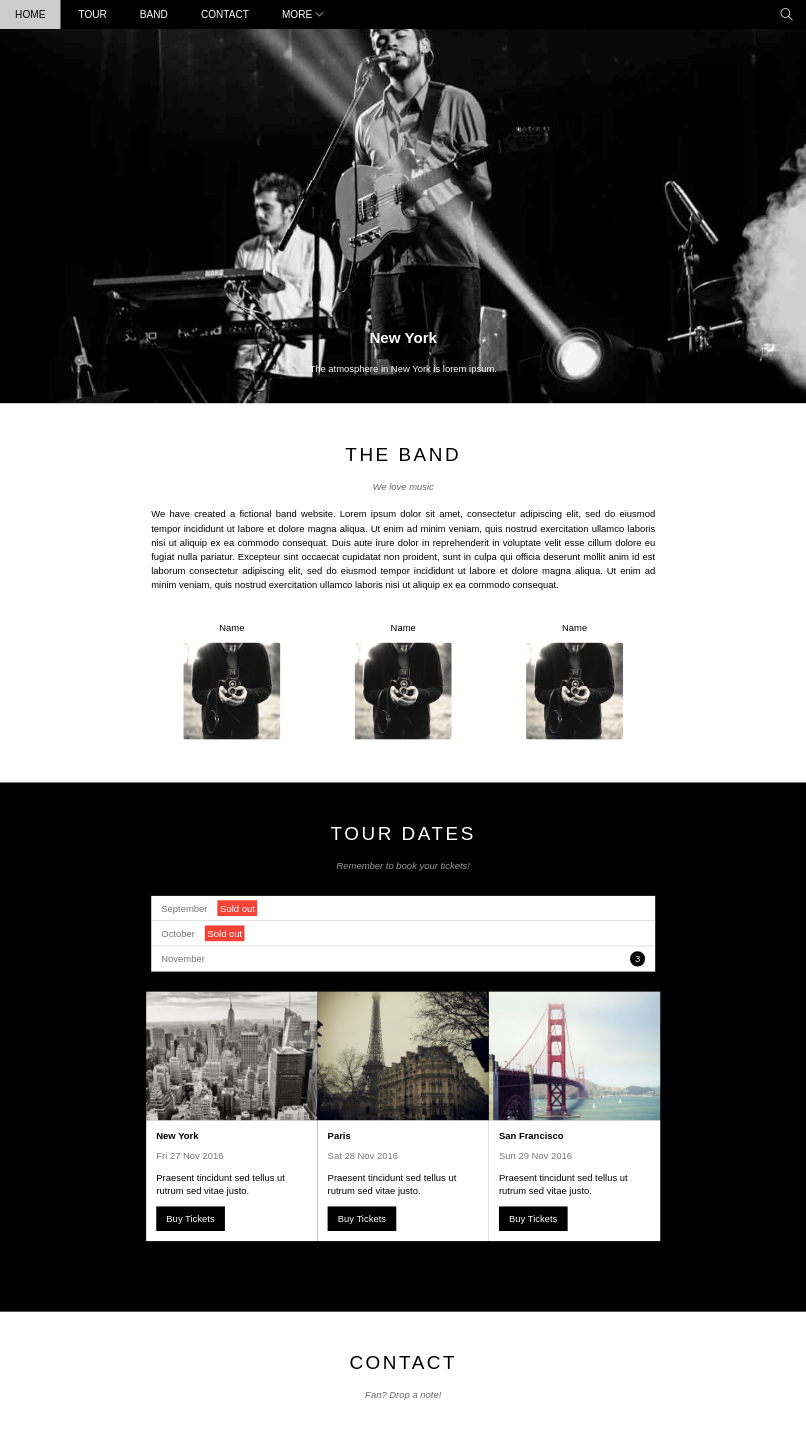
Repository: maivannhan1998/git-w3band
Page: index.html
These files come from the project's save history. The page is drawn as it stood at one moment and after the next save; the edit follows.
The browser window is 1280 px wide. The pictures show the whole page, at 63% of full size.

Above is the page before, as saved 2021-09-05 19:40:18.

### index.html
<!DOCTYPE html>
<html lang="en">
<head>
    <meta charset="UTF-8">
    <meta http-equiv="X-UA-Compatible" content="IE=edge">
    <meta name="viewport" content="width=device-width, initial-scale=1.0">
    <title>Document</title>
    <link rel="stylesheet" href="./asset/css/style.css">
    <link rel="stylesheet" href="./asset/fontss/themify-icons/themify-icons.css">
</head>
<body>
    <div id="main">
        <div id="header">
            <!-- Begin: nav -->
            <ul id="nav">
                <li><a href="">Home</a></li>
                <li><a href="">Tour</a></li>
                <li><a href="">Band</a></li>
                <li><a href="">Contact</a></li>
                <li><a href="">
                    More
                    <i class="nav-arrow-down ti-angle-down"></i>
                </a>
                    <ul class="subnav">
                        <li><a href="">Merchandise</a></li>
                        <li><a href="">Extras</a></li>
                        <li><a href="">Media</a></li>
                    </ul>
                </li>
            </ul>
            <!-- End: nav -->

            <!-- Begin: Search button -->
            <div class="search-btn">
                <i class="search-icon ti-search"></i>
            </div>
            <!-- End: Search button -->


        </div>

        <div id="slider">
            <div class="text-content">
                <h2 class="text-heading">New York</h2>
                <div class="text-des">The atmosphere in New York is lorem ipsum.</div>
            </div>
        </div>

        <div id="content">
            <!-- About section -->
            <div class="content-section">
                <h2 class="heading-section">THE BAND</h2>
                <p class="heading-sub-section">We love music</p>
                <p class="about-text">We have created a fictional band website. Lorem ipsum dolor sit amet, consectetur adipiscing elit, sed do eiusmod tempor incididunt ut labore et dolore magna aliqua. Ut enim ad minim veniam, quis nostrud exercitation ullamco laboris nisi ut aliquip ex ea commodo consequat. Duis aute irure dolor in reprehenderit in voluptate velit esse cillum dolore eu fugiat nulla pariatur. Excepteur sint occaecat cupidatat non proident, sunt in culpa qui officia deserunt mollit anim id est laborum consectetur adipiscing elit, sed do eiusmod tempor incididunt ut labore et dolore magna aliqua. Ut enim ad minim veniam, quis nostrud exercitation ullamco laboris nisi ut aliquip ex ea commodo consequat.</p>
                <div class="row members-list">
                    <div class="col col-third text-center">
                         <p class="member-name">Name</p>
                         <img src="/asset/img/band/member1.jpg" alt="Name" class="member-img">
                    </div>
                    <div class="col col-third text-center">
                        <p class="member-name">Name</p>
                        <img src="/asset/img/band/member1.jpg" alt="Name" class="member-img">
                   </div>
                   <div class="col col-third text-center">
                        <p class="member-name">Name</p>
                        <img src="/asset/img/band/member1.jpg" alt="Name" class="member-img">
                    </div>

                    <div class="clear"></div>
                </div>
            </div>

            <!--Tour section  -->
            <div class="tour-section">

                <div class="content-section">
                    <h2 class="heading-section text-white">TOUR DATES</h2>
                    <p class="heading-sub-section text-white">Remember to book your tickets!</p>
                    <ul class="tickets-list">
                        <li>September<span class="sold-out">Sold out</span></li>
                        <li>October<span class="sold-out">Sold out</span></li>
                        <li>November<span class="quanity">3</span></li>
                    </ul>

                    <!-- Plcae section -->
                    <div class="row places-list">
                        <div class="place-item">
                            <img src="/asset/img/places/newyork.jpg" alt="New York" class="place-img">
                            <div class="place-content">
                                <h3 class="place-heading">New York</h3>
                                <p class="place-time">Fri 27 Nov 2016</p>
                                <p class="place-des">Praesent tincidunt sed tellus ut rutrum sed vitae justo.</p>
                                <a href="#" class="place-buy-btn">Buy Tickets</a>
                            </div>
                        </div>

                        <div class=" place-item">
                            <img src="/asset/img/places/paris.jpg" alt="Paris" class="place-img">
                            <div class="place-content">
                                <h3 class="place-heading">Paris</h3>
                                <p class="place-time">Sat 28 Nov 2016</p>
                                <p class="place-des">Praesent tincidunt sed tellus ut rutrum sed vitae justo.</p>
                                <a href="#" class="place-buy-btn">Buy Tickets</a>
                            </div>
                        </div>

                        <div class=" place-item">
                            <img src="/asset/img/places/sanfran.jpg" alt="San Francisco" class="place-img">
                            <div class="place-content">
                                <h3 class="place-heading">San Francisco</h3>
                                <p class="place-time">Sun 29 Nov 2016</p>
                                <p class="place-des">Praesent tincidunt sed tellus ut rutrum sed vitae justo.</p>
                                <a href="#" class="place-buy-btn">Buy Tickets</a>
                            </div>
                        </div>
                        <div class="clear"></div>

                    </div>
                </div>


            </div>

            <!-- Contact section -->

            <div class="content-section">
                <h2 class="heading-section">CONTACT</h2>
                <p class="heading-sub-section">Fan? Drop a note!</p>

            </div>



        </div>

        <div id="footer">

        </div>
    </div>
</body>
</html>

### asset/css/style.css
/* Reset CSS*/
*{
    padding: 0;
    margin: 0;
    box-sizing: border-box;
}

/* common */

.row {
    margin-left: -8px;
    margin-right: -8px;
}

.col {
    float: left;
    padding-left: 8px;
    padding-right: 8px;
}

.col-half {
    width: 50%;
}

.col-third {
    width: 33.33333%;
}

.text-center {
    text-align: center !important;
}

.clear {
    clear: both;
}

.text-white {
    color: #fff !important;
}

html{
    font-family: Arial, Helvetica, sans-serif;

}

#main{

}

#header{
    position: fixed;
    top: 0;
    left: 0;
    right: 0;
    height: 46px;
    background-color: #000;
    z-index: 1;
}

#nav {
    display: inline-block ;
}

#nav, .subnav {
    list-style-type: none;
}

#nav > li {
    display: inline-block;
}

#nav li{
    position: relative;

}

#nav > li > a {
    color: #fff;
    text-transform: uppercase;
}

#nav li a {
    padding: 0 24px;
    line-height: 46px;
    display: block;
    text-decoration: none;
}
#nav .subnav li:hover a,
#nav > li:hover > a {
    color: #000;
    background-color: #ccc;
}

#nav .subnav {
    display: none;
    position: absolute;
    top: 100%;
    left: 0;
    min-width: 160px;
    background-color: #fff;
    box-shadow: 0 0 10px rgba(0, 0, 0, 0.3);
}

#nav .subnav a {
    color: #000;
    background-color: #fff;
    padding: 0 12px;
    line-height: 38px;

}

#nav li:hover .subnav {
    display: block;
}

.nav-arrow-down {
    font-size: 14px;
}

#header .search-btn {
    float: right;
    padding: 0px 21px;

}

#header .search-btn:hover {
    cursor: pointer;
    background-color: #f44336;
}

#header .search-icon {
    color: #fff;
    font-size: 20px;
    line-height: 46px;
}

#slider{
   /* margin-top: 46px; */
   /* chỉ số % chiều ngang của chính nó (chiều cao lun bằng 1/2 chiều ngang) */
   position: relative;
   padding-top: 50%;
   background: url('/asset/img/slider/slider1.jpg') top center / cover no-repeat;
}

#slider .text-content {
    position: absolute;
    bottom: 47px;
    color: #fff;
    width: 100%;
    /* left: 50%;
   transform: translateX(-50%); */
   text-align: center;

}

#sider .text-heading {
    font-weight: 500;
    font-size: 24px;
}

#slider .text-des {
    font-size: 15px;
    margin-top: 25px;
}

#content{

}

#content .content-section {
    width: 800px;
   padding: 64px 0;
   margin-left: auto;
   margin-right: auto;

}

#content .heading-section {
    text-align: center;
    font-size: 30px;
    font-weight: 500;
    letter-spacing: 4px;
}

#content .heading-sub-section {
    text-align: center;
    font-size: 15px;
    margin-top: 25px;
    font-style: italic;
    opacity: 0.6;
}

#content .about-text {
    margin-top: 25px;
    text-align: justify;
    font-size: 15px;
    line-height: 1.5;
}

#content .members-list {
    margin-top: 48px;
}



#content .member-name {
    font-size: 15px;
}

#content .member-img {
    width: 154px;
    margin-top: 15px ;
    border-radius: 4px;

}

/* tour section */

.tour-section {
    background-color: #000;
}

.tickets-list {
    margin-top: 40px;
    list-style-type: none;
    background-color: #fff;

}

.tickets-list li {
    color: #757575;
    font-size: 15px;
    padding: 11px 16px;
    border-bottom: 1px solid #ccc;
}

.tickets-list .sold-out {
    color: #fff;
    background-color: #f44336;
    padding: 4px 4px;
    margin-left: 16px;
}

.tickets-list .quanity {
    float: right;
    color: #fff;
    background-color: #000;
    width: 24px;
    height: 24px;
    border-radius: 50%;
    text-align: center;
    margin-top: -3px;
    line-height: 24px;
}

.places-list {
    margin-top: 32px;
    margin-bottom: 48px;

}
.place-item {
    float: left;
    width: 33.33333%;
}

.place-img{
    width: 100%;
    display: block;
}

.place-img:hover {
    opacity: 0.6;
}

.place-content{
background-color: #fff;
padding: 16px;
font-size: 15px;
}

.place-heading{
    font-size: 15px;
}

.place-time{
    margin-top: 15px;
    color: #757575;
}

.place-des{
    margin: 15px 0;
    line-height: 1.4;
}

.place-buy-btn{
    color: #fff;
    background-color: #000;
    text-decoration: none;
    padding: 11px 16px;
    display: inline-block;
}

.place-buy-btn:hover {
    color: #000;
    background-color: #ccc;
}


#footer{

}

Loaded but not shown: asset/fontss/themify-icons/themify-icons.css (common file)

After the next save:
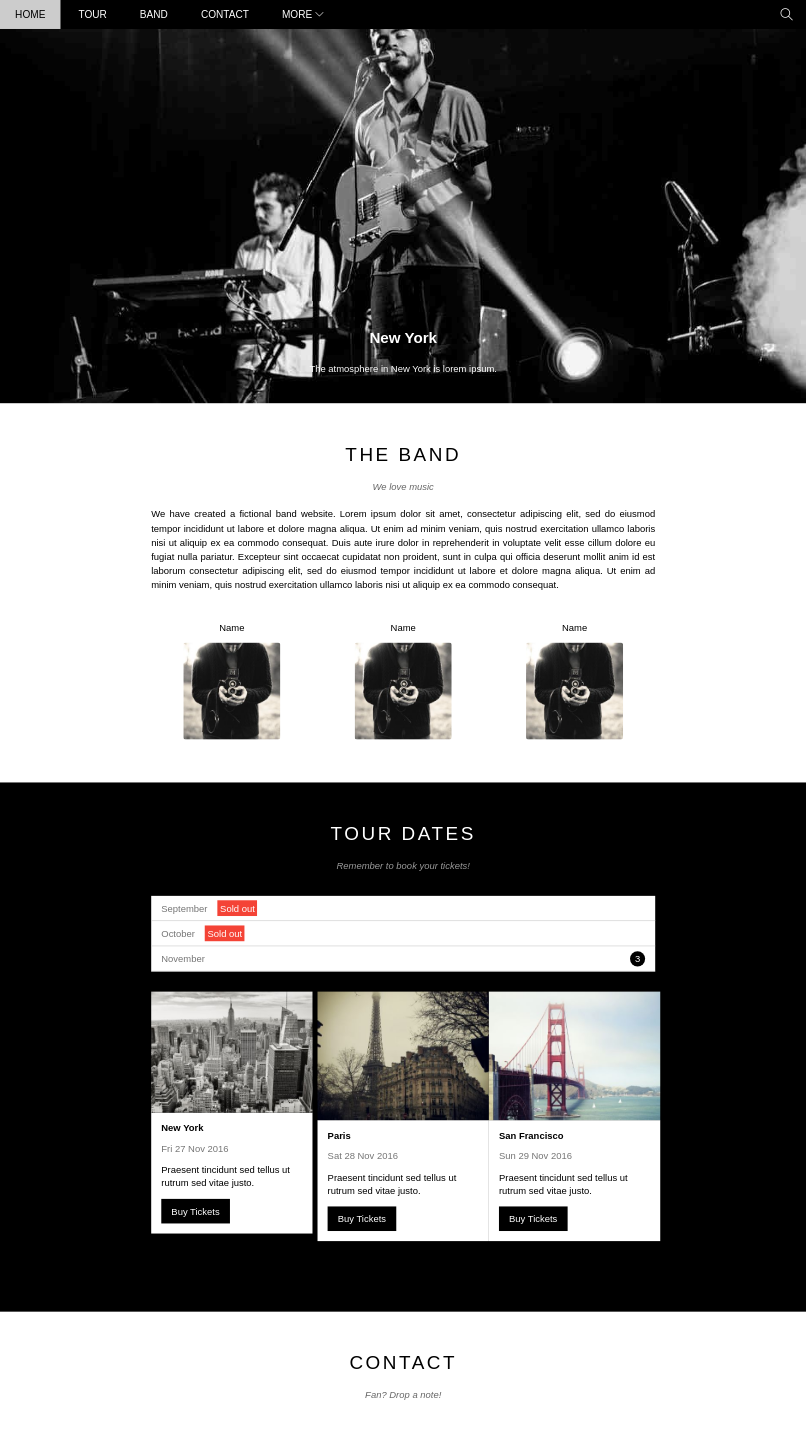
Saved 45 s later.
--- a/index.html
+++ b/index.html
@@ -84,7 +84,7 @@
 
                     <!-- Plcae section -->
                     <div class="row places-list">
-                        <div class="place-item">
+                        <div class="col col-third place-item">
                             <img src="/asset/img/places/newyork.jpg" alt="New York" class="place-img">
                             <div class="place-content">
                                 <h3 class="place-heading">New York</h3>
